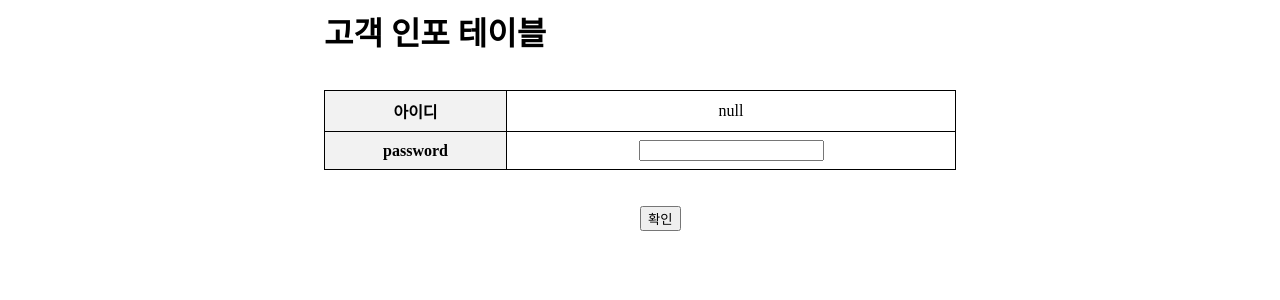
Repository: 2JISUN/hta-lecture-basic
Page: http://localhost/jsp03/info.jsp
These files come from the project's save history. The page is drawn as it stood at one moment and after the next save; the edit follows.
The browser window is 1280 px wide. The pictures show the whole page.
The page is served by Tomcat 10. Other server files are loaded and not shown. Queries for data that is not in the repository find no rows.

Above is the page before, as saved 2023-09-15 06:40:21.

### jsp-lecture/jsp03/src/main/webapp/info.jsp
<%@page import="java.sql.ResultSet"%>
<%@page import="java.sql.PreparedStatement"%>
<%@page import="java.sql.Connection"%>
<%@page import="java.sql.DriverManager"%>
<%@ page language="java" contentType="text/html; charset=UTF-8"
    pageEncoding="UTF-8"%>
<!DOCTYPE html>
<html>
<head>
    <meta charset="UTF-8">
    <title>고객 인포 테이블</title>
    <style>
        h1 {
            width: 50%;
            margin: auto;
        }
        table {
            border-collapse: collapse;
            width: 50%;
            margin: auto;
        }
        th, td {
            border: 1px solid black;
            padding: 8px;
            text-align: center;
        }
        th {
            background-color: #f2f2f2;
        }
        button {
            position:absolute;
            left:50%;
        }
    </style>
</head>
<body>
<%
    String userID = request.getParameter("id");

    //1. driver 찾기
    String driver = "oracle.jdbc.OracleDriver";
    Class.forName(driver);

    //2. url
    // 자바17 = 오라클11
    String url = "jdbc:oracle:thin:@localhost:1521:xe";
    String id = "jisun";
    String pw = "1234";

    Connection conn = DriverManager.getConnection(url, id, pw);
    System.out.println("db연결 성공");

    //3. 조회 : 쿼리 작성 + 결과값 받아오기
    //3-1. 쿼리문 처리 메서드
    //3-2. 결과값 받아오기 select 를 제외하고 나머지는 정수 0
    PreparedStatement pstmt = null;
    ResultSet rs = null;
    String sql = "select * from test where id = ?";
    pstmt = conn.prepareStatement(sql);
    pstmt.setString(1, userID);
    rs = pstmt.executeQuery();
%>

	<h1>고객 인포 테이블</h1>
	<br>
	<br>
	<table>
	    <tbody>
	        <tr>
	            <th>아이디</th>
	            <td><%= userID %></td>
	        </tr>
	        <tr>
	            <th>password</th>
	            <td><input type="password" name="userPW"></td>
	        </tr>
	    </tbody>
	</table>
	<input type="hidden" name="userID" value="<%= userID %>" readonly>
		<br>
	<br>
	<button>확인</button>
	</body>
</html>

After the next save:
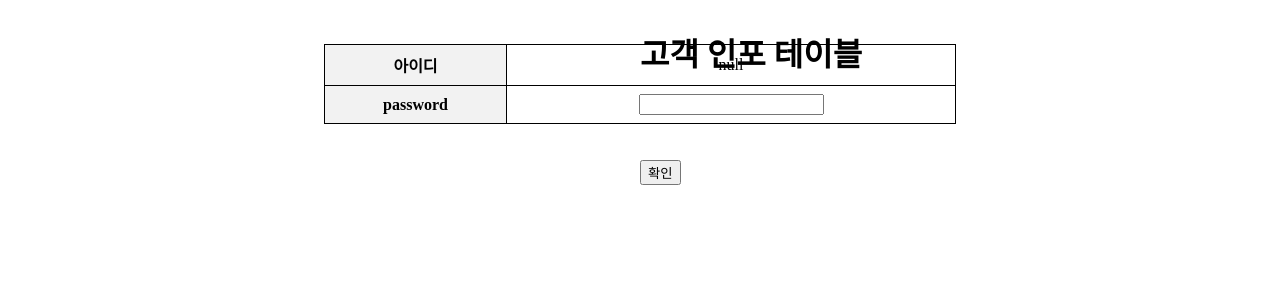
Saved 13 s later.
--- a/jsp-lecture/jsp03/src/main/webapp/info.jsp
+++ b/jsp-lecture/jsp03/src/main/webapp/info.jsp
@@ -11,8 +11,8 @@
     <title>고객 인포 테이블</title>
     <style>
         h1 {
-            width: 50%;
-            margin: auto;
+            position:absolute;
+            left:50%;
         }
         table {
             border-collapse: collapse;
